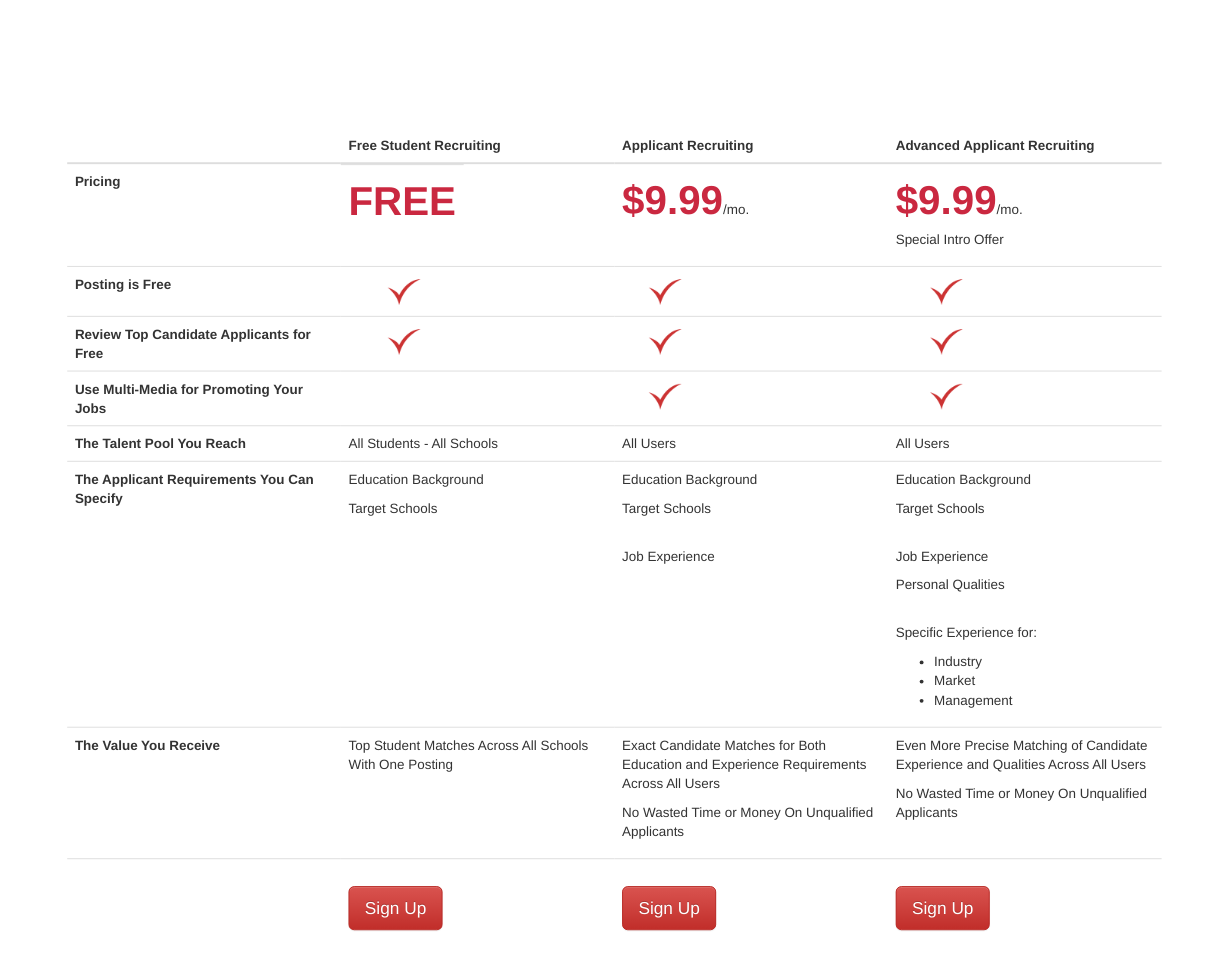
Repository: hyichen/Magnet-Pricing-Table
Page: Magnet Pricing Table/Pricing Plan.html
The author's editor kept a record of every edit. The page is drawn from the files as they stood at one moment, then again after the next edit.
The browser window is 1280 px wide. The pictures show the whole page, at 96% of full size.

Above is the page before.
Console error (its wording comes from the project's code and is left out).
Not found: Magnet Pricing Table/Background3-01.png

After the next edit:
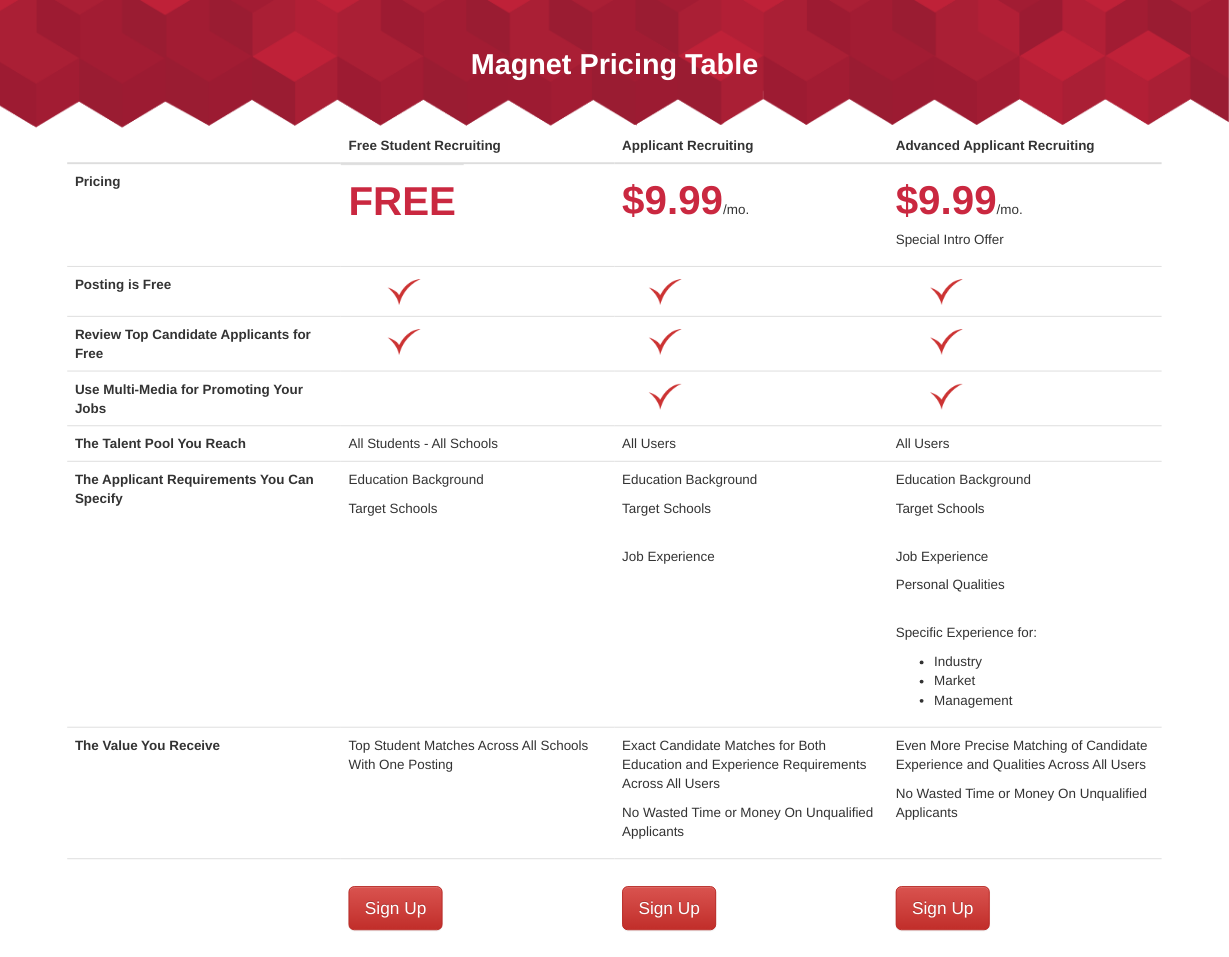
The edit:
--- a/Magnet Pricing Table/Pricing Plan.html
+++ b/Magnet Pricing Table/Pricing Plan.html
@@ -32,7 +32,7 @@
 
 
 body {
-    background-image: url("Background3-01.png");
+    background-image: url("Background.png");
     background-repeat: no-repeat;
     background-position: center top;
 }
